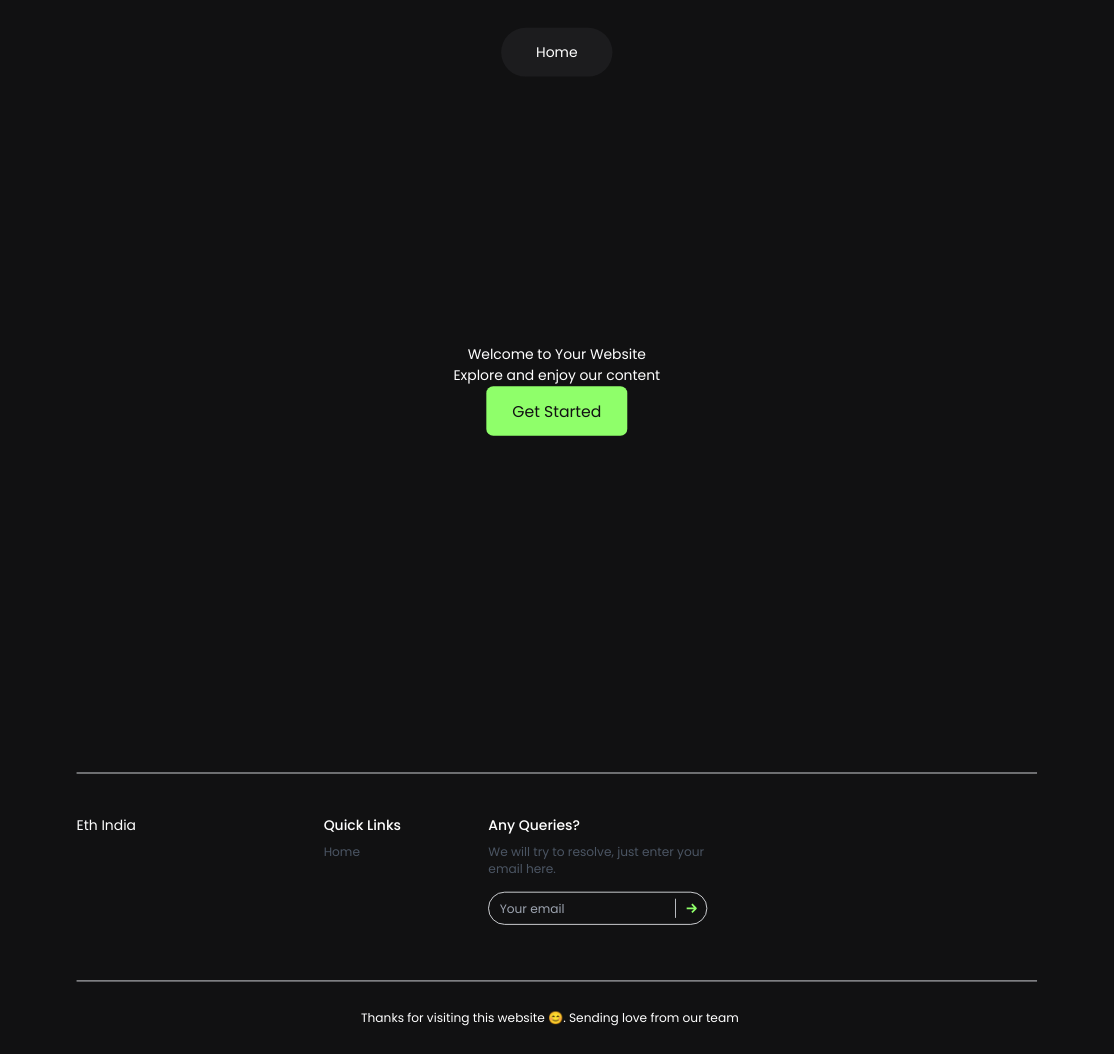
Repository: 0xinit/zkMon
Page: / (app in zkmon-frontend/)
These files come from the project's save history. The page is drawn as it stood at one moment and after the next save; the edit follows.
The browser window is 1280 px wide. The pictures show the whole page, at 87% of full size.
The project was rebuilt for these pictures with package versions that can differ from the ones it lists, and the page was loaded fresh each time. Also part of the build but not shown: zkmon-frontend/src/pages/Battle.jsx, zkmon-frontend/src/pages/PlayGame.jsx.

Above is the page before, as saved 2023-12-09 17:34:20.

After the next save:
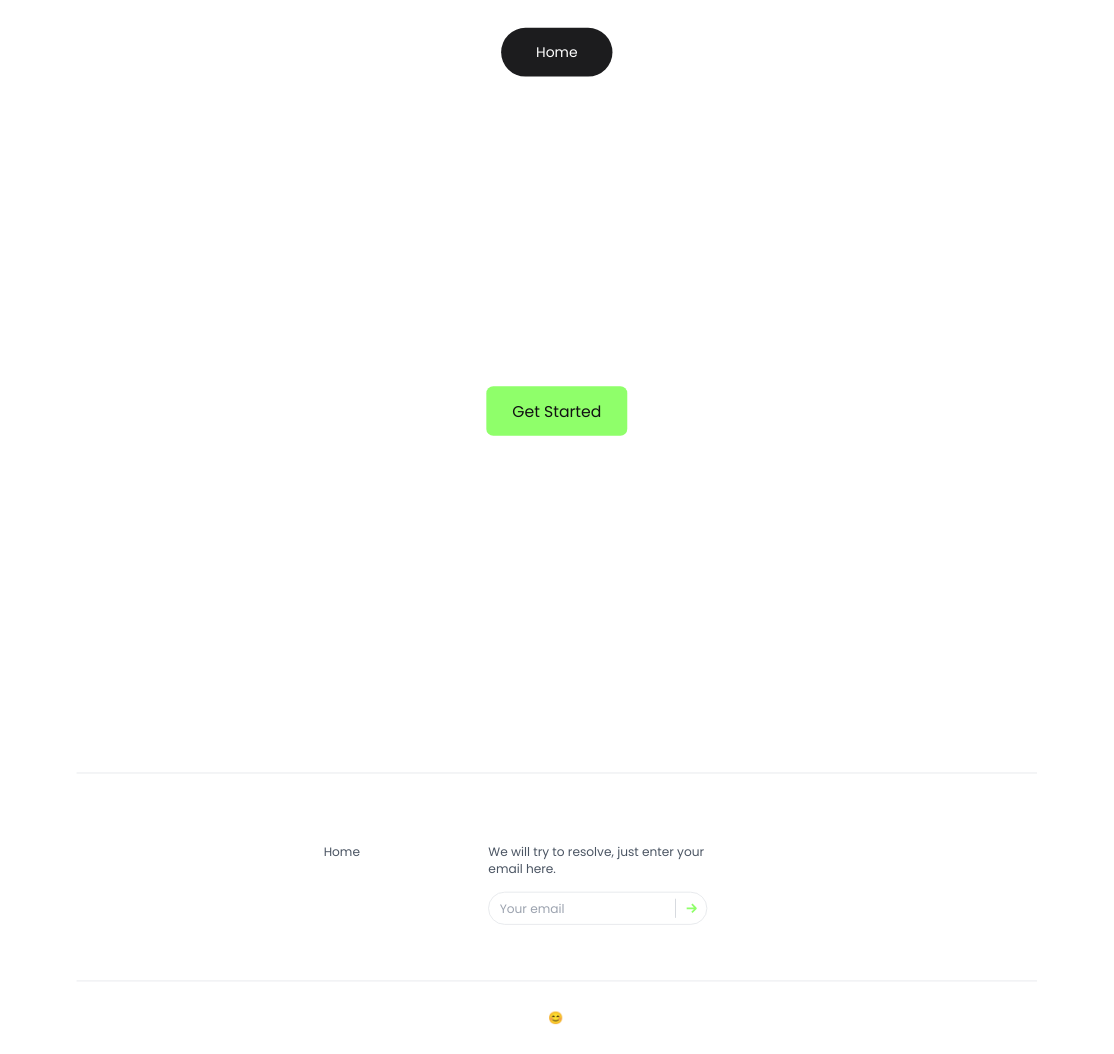
Saved 23 s later.
--- a/zkmon-frontend/src/index.css
+++ b/zkmon-frontend/src/index.css
@@ -10,7 +10,6 @@
   font-family: "Poppins", sans-serif, -apple-system, BlinkMacSystemFont,
     "Segoe UI", Roboto, Oxygen, Ubuntu, Cantarell, "Open Sans", "Helvetica Neue",
     sans-serif;
-  background: #111112;
   color: white;
 }
 

After the save that followed:
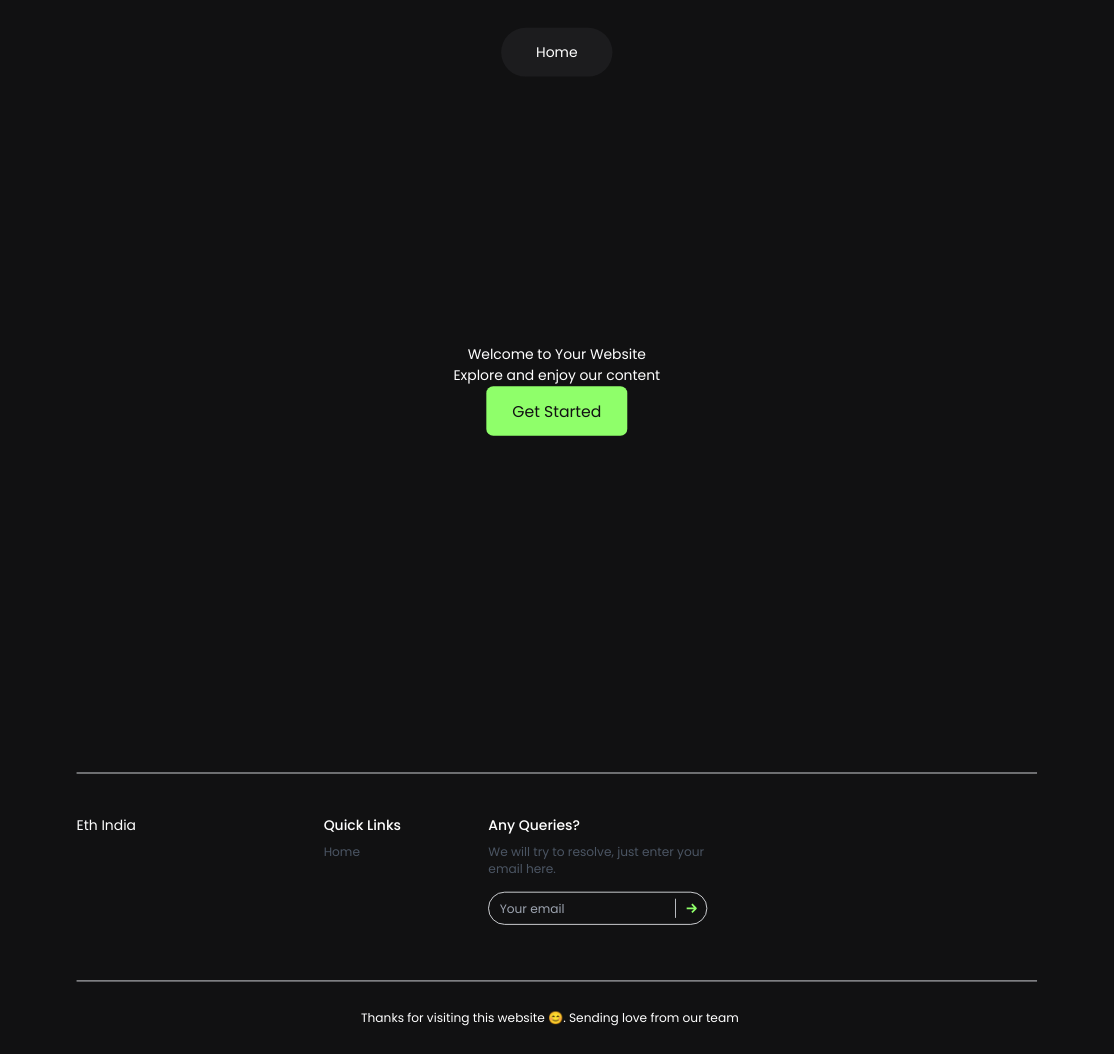
Saved 9 s later.
--- a/zkmon-frontend/src/index.css
+++ b/zkmon-frontend/src/index.css
@@ -10,6 +10,7 @@
   font-family: "Poppins", sans-serif, -apple-system, BlinkMacSystemFont,
     "Segoe UI", Roboto, Oxygen, Ubuntu, Cantarell, "Open Sans", "Helvetica Neue",
     sans-serif;
+  background: #111112;
   color: white;
 }
 
